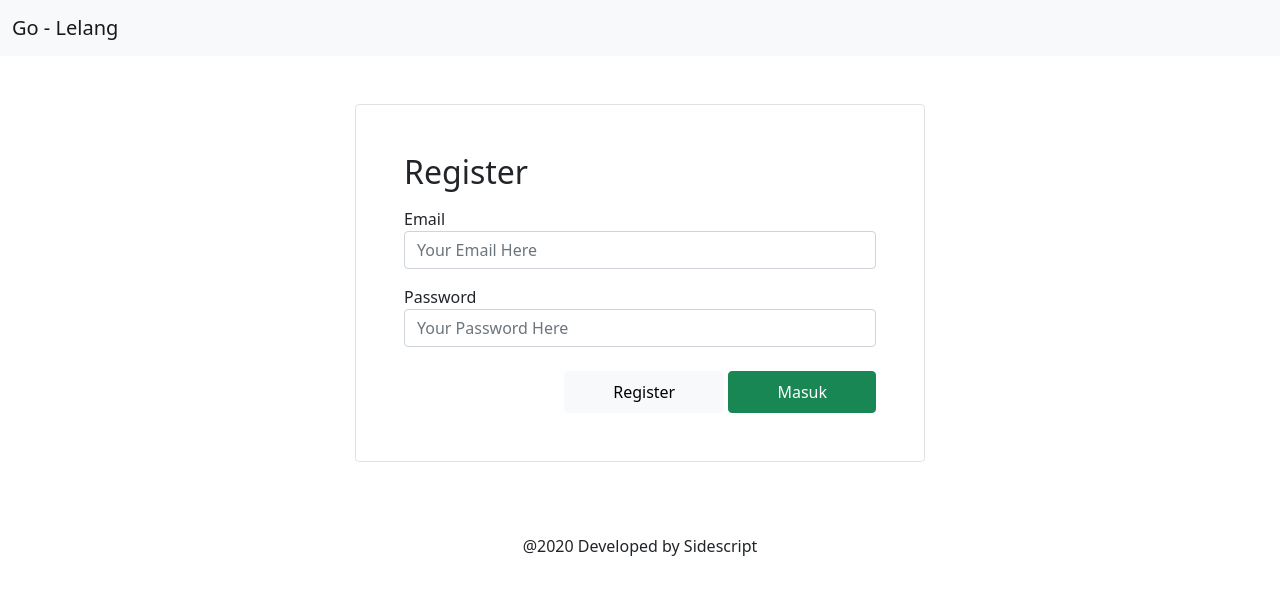
Repository: khulqu15/Go---Lelalng
Page: http://localhost/register
The author's editor kept a copy of each file at every save. The page is drawn from the files as they stood at one save, then again after the next save.
The browser window is 1280 px wide. The pictures show the whole page.
The page is served by the project's Laravel application, run on PHP 8.4 with Laravel 8.

Above is the page before, as saved 2021-02-22 15:54:43.

After the next save:
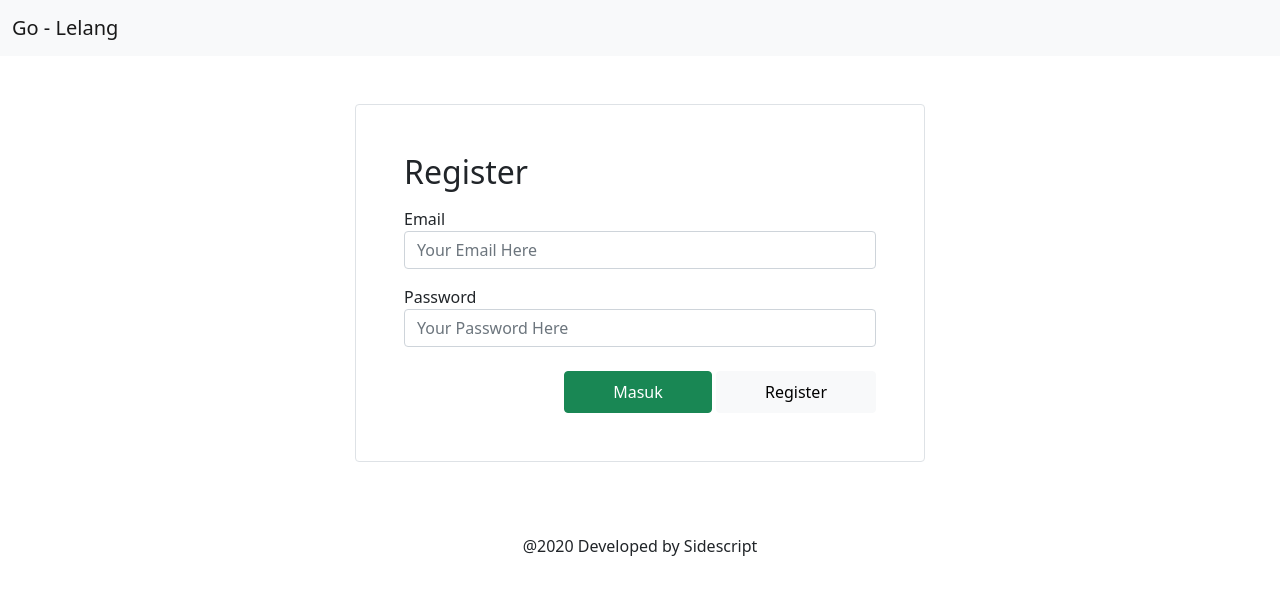
Saved 20 s later.
--- a/resources/views/auth/register.blade.php
+++ b/resources/views/auth/register.blade.php
@@ -16,8 +16,8 @@
                 <input type="password" id="password" name="password" class="form-control" placeholder="Your Password Here">
             </div>
             <div class="text-right">
-                <button onclick="window.location = '{{ route('register') }}'" class="btn btn-light px-5 py-2 mt-3" type="submit">Register</button>
-                <button class="btn btn-success px-5 py-2 mt-3" type="submit">Masuk</button>
+                <button onclick="window.location = '{{ route('register') }}'" class="btn btn-success px-5 py-2 mt-3" type="button">Masuk</button>
+                <button class="btn btn-light px-5 py-2 mt-3" type="submit">Register</button>
             </div>
         </div>
     </div>
